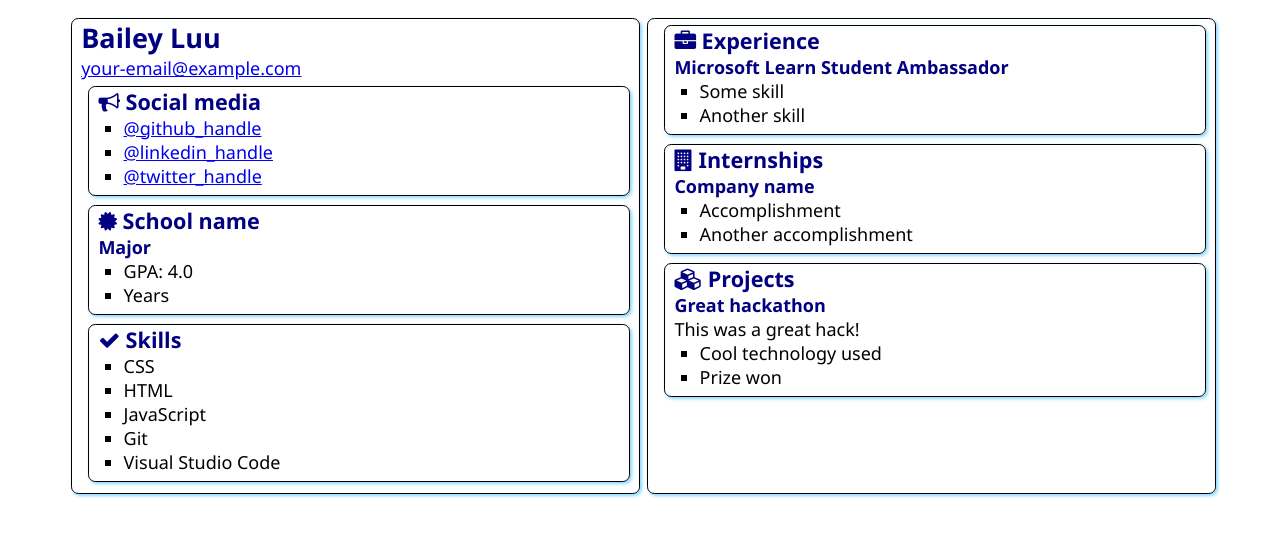
Repository: BaileyLuu/SATechnicalOnboarding
Page: src/index.html
The author's editor kept a copy of each file at every save. The page is drawn from the files as they stood at one save, then again after the next save.
The browser window is 1280 px wide. The pictures show the whole page.

Above is the page before, as saved 2022-07-27 20:31:05.

### src/index.html
<!DOCTYPE html>
<html lang="en">
<head>
    <meta charset="UTF-8">
    <meta http-equiv="X-UA-Compatible" content="IE=edge">
    <meta name="viewport" content="width=device-width, initial-scale=1.0">
    <title>Resume</title>

    <link rel="stylesheet" href="style.css">
    <link rel="stylesheet" href="https://cdnjs.cloudflare.com/ajax/libs/font-awesome/4.7.0/css/font-awesome.min.css">
</head>
<body>
    <main>
        <article class="box">
            <h1>Bailey Luu</h1>
            <div><a href="mailto:bailey.luu30@gmail.com">your-email@example.com</a></div>

            <section class="box">
                <h2>
                    <i class="fa fa-bullhorn" aria-hidden="true"></i>
                    Social media
                </h2>
                <ul>
                    <li><a href="https://github.com/<handle>">@github_handle</a></li>
                    <li><a href="https://linkedin.com/in/<handle>">@linkedin_handle</a></li>
                    <li><a href="https://twitter.com/<handle>">@twitter_handle</a></li>
                </ul>
            </section>

            <section class="box">
                <div class="education">
                    <h2>
                        <i class="fa fa-certificate" aria-hidden="true"></i>
                        School name
                    </h2>
                    <h3>Major</h3>
                    <ul>
                        <li>GPA: 4.0</li>
                        <li>Years</li>
                    </ul>
                </div>
            </section>

            <section class="box">
                <h2>
                    <i class="fa fa-check" aria-hidden="true"></i>
                    Skills
                </h2>
                <ul>
                    <li>CSS</li>
                    <li>HTML</li>
                    <li>JavaScript</li>
                    <li>Git</li>
                    <li>Visual Studio Code</li>
                </ul>
            </section>
        </article>
        <article class="box">
            <section class="box">
                <h2>
                    <i class="fa fa-briefcase" aria-hidden="true"></i>
                    Experience
                </h2>
                <h3>Microsoft Learn Student Ambassador</h3>
                <ul>
                    <li>Some skill</li>
                    <li>Another skill</li>
                </ul>
            </section>
            <section class="box">
                <h2>
                    <i class="fa fa-building" aria-hidden="true"></i>
                    Internships
                </h2>

                <h3>Company name</h3>
                <ul>
                    <li>Accomplishment</li>
                    <li>Another accomplishment</li>
                </ul>
            </section>
            <section class="box">
                <h2>
                    <i class="fa fa-cubes" aria-hidden="true"></i>
                    Projects
                </h2>

                <h3>Great hackathon</h3>
                <div>This was a great hack!</div>
                <ul>
                    <li>Cool technology used</li>
                    <li>Prize won</li>
                </ul>
            </section>
        </article>

    </main>
</body>
</html>

Loaded but not shown: src/style.css (common file)

After the next save:
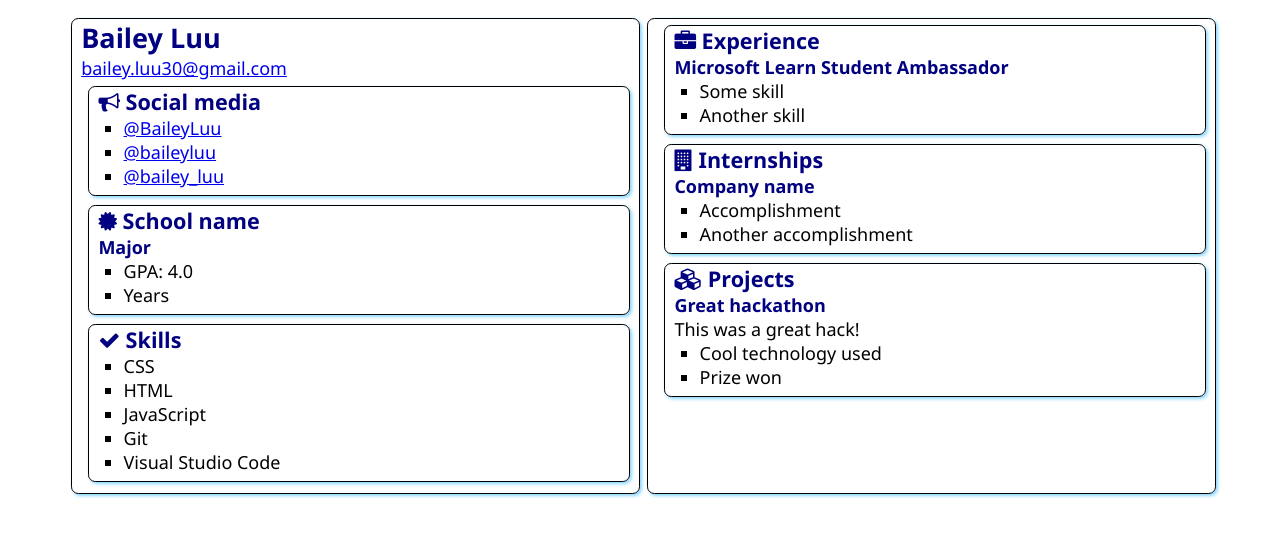
Saved 3 min 45 s later.
--- a/src/index.html
+++ b/src/index.html
@@ -13,7 +13,7 @@
     <main>
         <article class="box">
             <h1>Bailey Luu</h1>
-            <div><a href="mailto:bailey.luu30@gmail.com">your-email@example.com</a></div>
+            <div><a href="mailto:bailey.luu30@gmail.com">bailey.luu30@gmail.com</a></div>
 
             <section class="box">
                 <h2>
@@ -21,9 +21,9 @@
                     Social media
                 </h2>
                 <ul>
-                    <li><a href="https://github.com/<handle>">@github_handle</a></li>
-                    <li><a href="https://linkedin.com/in/<handle>">@linkedin_handle</a></li>
-                    <li><a href="https://twitter.com/<handle>">@twitter_handle</a></li>
+                    <li><a href="https://github.com/BaileyLuu">@BaileyLuu</a></li>
+                    <li><a href="https://linkedin.com/in/baileyluu">@baileyluu</a></li>
+                    <li><a href="https://twitter.com/bailey_luu">@bailey_luu</a></li>
                 </ul>
             </section>
 
